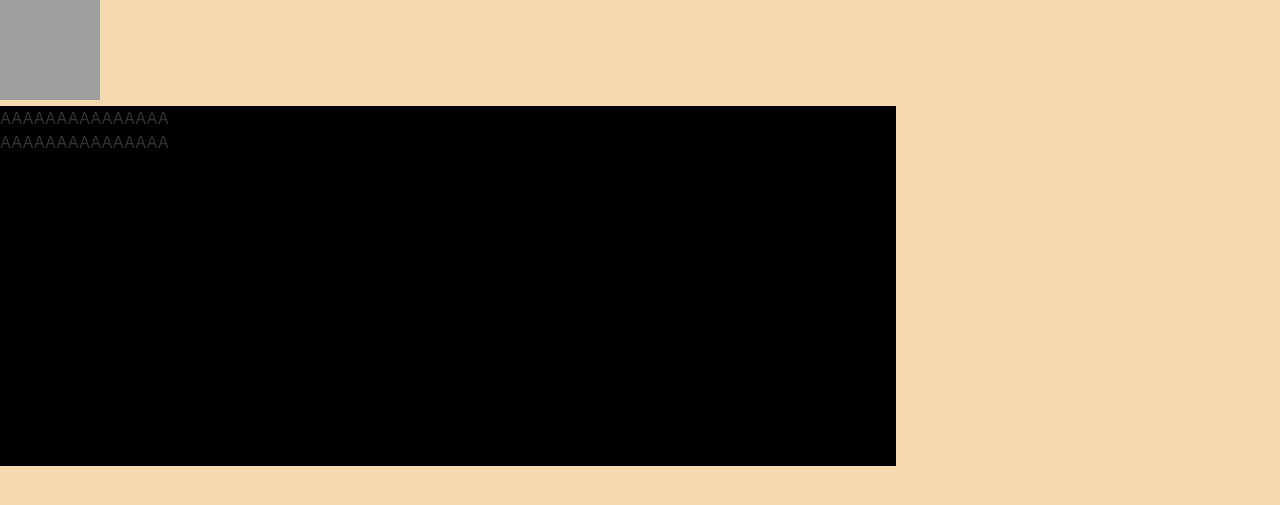
Repository: Grand-Line-PNV/FE-BIBooking
Page: /
These files come from the project's save history. The page is drawn as it stood at one moment and after a run of saves; the edit follows.
The browser window is 1280 px wide. The pictures show the whole page.
Pictures or frames that could not be fetched are drawn as grey boxes. The project was rebuilt for these pictures with package versions that can differ from the ones it lists, and the page was loaded fresh each time. Also part of the build but not shown: src/App.css, src/components/Button/Button.module.scss, src/components/Button/Button.js.

Above is the page before, as saved 2023-02-05 16:00:32.

After the next 8 saves:
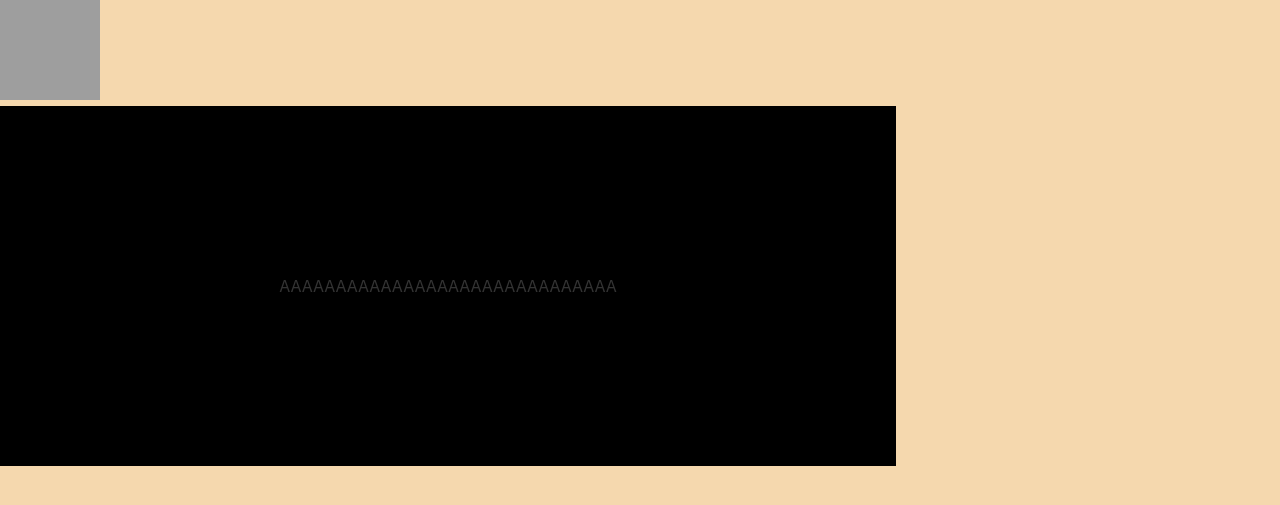
The 8 saves are shown as one change because they came seconds apart.
The last was saved 34 s later.
--- a/src/view/pages/Influencers/PersonalInformation/PersonalInformation.module.scss
+++ b/src/view/pages/Influencers/PersonalInformation/PersonalInformation.module.scss
@@ -18,5 +18,9 @@
     width: 70%;
     height: 50vh;
     background-color: black;
+    display: flex;
+    justify-content: center;
+    align-items: center;
+    text-align: center;
   }
 }
